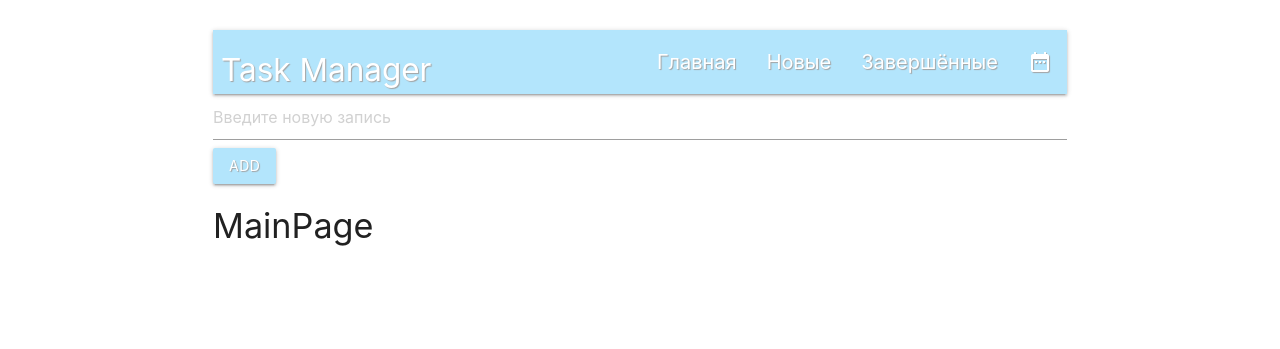
Repository: iveivs/myReactTaskManager
Page: /
The author's editor kept a copy of each file at every save. The page is drawn from the files as they stood at one save, then again after a run of saves.
The browser window is 1280 px wide. The pictures show the whole page.
The project was rebuilt for these pictures with package versions that can differ from the ones it lists, and the page was loaded fresh each time. Also part of the build but not shown: vite.config.js, src/components/DoneTasks.jsx, src/components/NewTasks.jsx.

Above is the page before, as saved 2024-02-15 10:32:47.

### index.html
<!doctype html>
<html lang="en">
  <head>
    <meta charset="UTF-8" />
    <link rel="icon" type="image/svg+xml" href="/vite.svg" />
    <meta name="viewport" content="width=device-width, initial-scale=1.0" />
    <link rel="stylesheet" href="https://cdnjs.cloudflare.com/ajax/libs/materialize/1.0.0/css/materialize.min.css">
    <link href="https://fonts.googleapis.com/icon?family=Material+Icons" rel="stylesheet">
    <title>Task Manager</title>
  </head>
  <body>
    <div id="root"></div>
    <script type="module" src="/src/main.jsx"></script>
  </body>
</html>

### src/main.jsx
import React from 'react'
import ReactDOM from 'react-dom/client'
import { BrowserRouter } from 'react-router-dom';
import App from './App.jsx'
import './index.css'

ReactDOM.createRoot(document.getElementById('root')).render(
  <BrowserRouter>
    <App />
  </BrowserRouter>,
)

### src/App.jsx
import { useState, useEffect } from 'react'
import { Routes, Route } from 'react-router-dom'
import './App.css'
import DoneTasks from './components/DoneTasks'
import Header from './components/Header'
import MainPage from './components/MainPage'
import NewTasks from './components/NewTasks'
import { DataContext } from './components/DataContext'

function App() {
  const [input, setInput] = useState('')
  const [tasks, setTasks] = useState()


  // localStorage.setItem('tasks', JSON.stringify(tasks))
  const renderLocalStorageData = () => {
    const data = localStorage.getItem("tasks")
    console.log(data);
    if (data) {
        return JSON.parse(data);
    } else {
        return []
    }
}

useEffect(()=> {
  setTasks(renderLocalStorageData)
}, [])

  const handleChange = (event) => {
    setInput(event.target.value)
  }

  const handleClick = () => {
    let id = tasks.length > 0 ? tasks[tasks.length - 1].id + 1 : 1
    const newTask = {
      task: input,
      id: id
    }
    // console.log('newTask',newTask);

    setTasks([...tasks, newTask])

    localStorage.setItem('tasks', JSON.stringify(tasks))

    setInput('')
    console.log('tasks',tasks);
  }

  return (
    <>
    <DataContext.Provider value={{
      tasks,
      setTasks
    }}>
      <div className="container">
        <Header  />
        <input
          placeholder='Введите новую запись'
          className='inputMain'
          value={input}
          onChange={(e) => handleChange(e)}
          type="text" />
        <button className='btn light-blue lighten-4' onClick={handleClick}>ADD</button>
        <Routes>
          <Route index element={<MainPage />} />
          <Route path="/new" element={<NewTasks />} />
          <Route path="/done" element={<DoneTasks  />} />
        </Routes>

        {/* { input && <h4>{input}</h4> } */}
        {/* { tasks && (
          tasks.map(e => <p key={e}>task: {e}</p>)
        )} */}
      </div>
      </DataContext.Provider>
    </>
  )
}

export default App

### src/index.css

.nav-wrapper {
    padding-left: 8px;
    text-shadow: 1px 1px 1px #a3a3a3;
    /* display: flex ;
    flex-direction: row;
    justify-content: space-between;
    align-items: center; */
}
.nav-wrapper ul li {
    font-size: 24px !important;
}
.listItem{
    font-size: 18px !important;
}
.btn {
    text-shadow: 1px 1px 1px #a3a3a3;
}

/* nav {
    background-color: #b3e5fc
} */

### src/App.css
#root {
  max-width: 1280px;
  margin: 0 auto;
  padding: 2rem;

}

### src/components/Header.jsx
import { Link } from "react-router-dom";
import DateElement from "./DateElement";

export default function Header() {
    return (
        <nav className="light-blue lighten-4">
            <div className="nav-wrapper">
                <h4 className="brand-logo">
                    Task Manager
                </h4>
                {/* <* id="nav-mobile" className="right hide-on-med-and-down"> */}
                <ul className="right">
                    <li className="listItem" >
                        <Link style={{fontSize: '20px'}} to="/">Главная</Link>
                    </li>
                    <li>
                        <Link style={{fontSize: '20px'}} to="/new">Новые</Link>
                    </li>
                    <li>
                        <Link style={{fontSize: '20px'}} to="/done">Завершённые</Link>
                    </li>
                    <li>
                        <Link> {<DateElement  />}</Link>
                    </li>
                </ul>

            </div>
        </nav>
    );
}

// export default function Header() {
//     document.addEventListener('DOMContentLoaded', function() {
//         const elems = document.querySelectorAll('.sidenav');
//         var instances = M.Sidenav.init(elems, options);
//     });

//     return (
//         <>
//             <nav>
//                 <div className="nav-wrapper">
//                     <a href="#!" className="brand-logo">Logo</a>
//                     <a href="#" data-target="mobile-demo" className="sidenav-trigger"><i className="material-icons">menu</i></a>
//                     <ul className="right hide-on-med-and-down">
//                         <li>
//                             <Link to="/">Главная</Link>
//                         </li>
//                         <li>
//                             <Link to="/new">Новые</Link>
//                         </li>
//                         <li>
//                             <Link to="/done">Завершённые</Link>
//                         </li>
//                         <li>
//                             <DateElement  />
//                         </li>
//                     </ul>
//                 </div>
//             </nav>

//             <ul className="sidenav" id="mobile-demo">
//                 <li>Sass</li>
//                 <li><a href="badges.html">Components</a></li>
//                 <li><a href="collapsible.html">Javascript</a></li>
//                 <li><a href="mobile.html">Mobile</a></li>
//             </ul>
//         </>

//     );
// }

### src/components/MainPage.jsx
import { useEffect } from "react"
import { DataContext } from "./DataContext"
import { useContext } from "react"

export default function MainPage () {
    const { tasks } = useContext(DataContext)
    // console.log(tasks);
    return (
        <div>
            <h4>MainPage</h4>
            { tasks && (
                tasks.map(task => (
                    <p key={task.id }>main task test: {task.task}</p>
                ))
            )}
        </div>
    )
}

### src/components/DataContext.js
import { createContext } from "react"
const initialState = {
    tasks: [],
    loading: false,
    setTasks: () => {
    }
}

export const DataContext = createContext(initialState)

### src/components/DateElement.jsx
import { useEffect, useState } from "react"

export default function DateElement () {
    const [now, setNow] = useState(new Date())

    useEffect
    return (
        <>
            <i className="material-icons">date_range</i>

        </>
    )
}

After the next 5 saves:
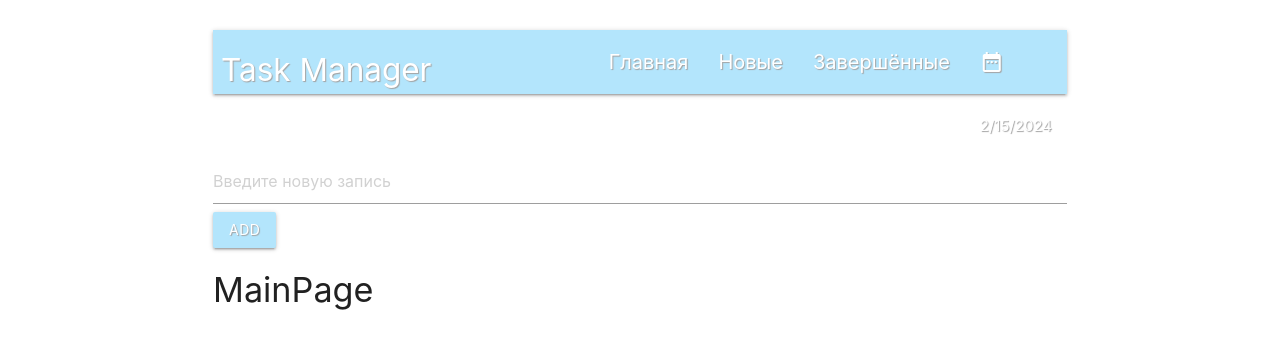
The 5 saves are shown as one change because they came seconds apart.
The last was saved 2 min 1 s later.
--- a/src/components/DateElement.jsx
+++ b/src/components/DateElement.jsx
@@ -7,7 +7,7 @@ export default function DateElement () {
     return (
         <>
             <i className="material-icons">date_range</i>
-
+            {now.toLocaleDateString()}
         </>
     )
 }
